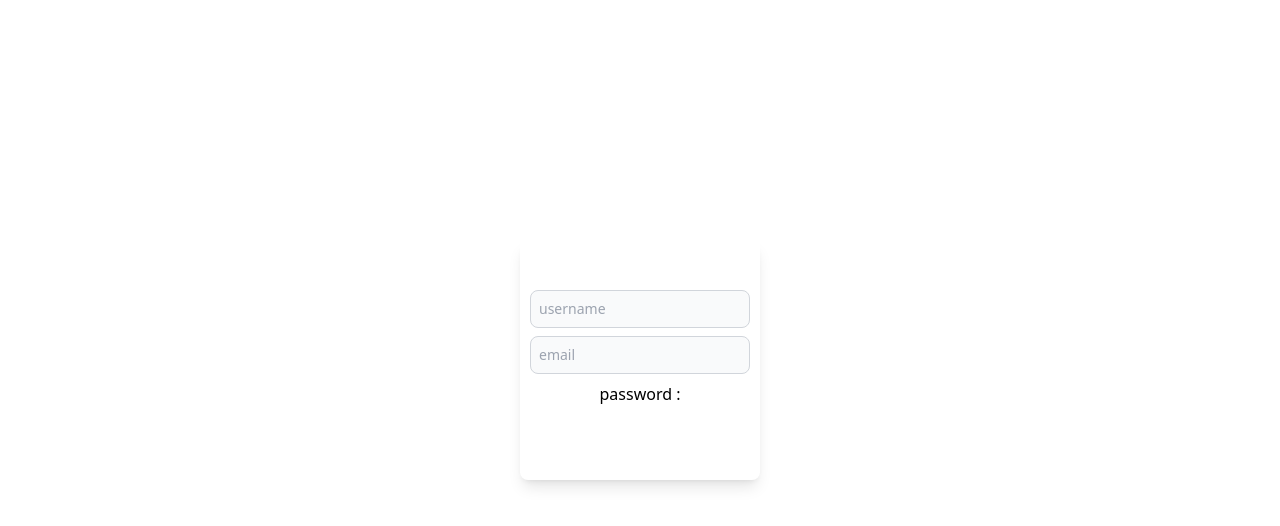
Repository: Emy-gold/alx-fe-reactjs
Page: / (app in form-handling-react/)
An editor plug-in stored every save of this project. The page is shown before and after the next save, followed by the edit.
The browser window is 1280 px wide. The pictures show the whole page.
The project was rebuilt for these pictures with package versions that can differ from the ones it lists, and the page was loaded fresh each time. Also part of the build but not shown: form-handling-react/vite.config.js.

Above is the page before, as saved 2025-08-22 21:53:44.

After the next save:
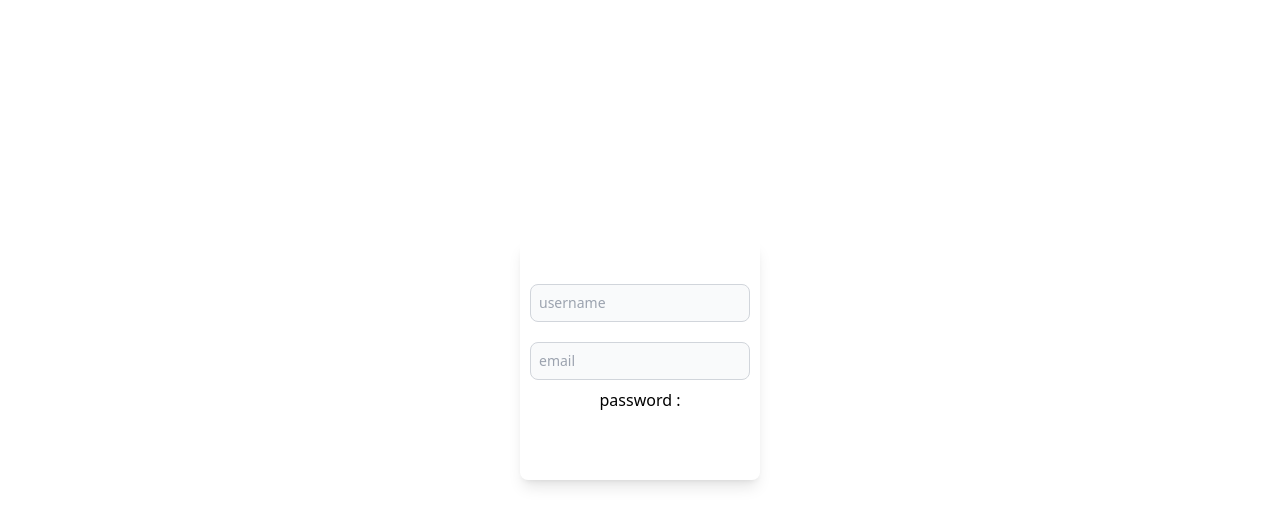
Saved 7 s later.
--- a/form-handling-react/src/components/RegistrationForm.jsx
+++ b/form-handling-react/src/components/RegistrationForm.jsx
@@ -24,7 +24,7 @@ function RegistrationForm() {
                     value={formData.name}
                     onChange={handleChange}
                     placeholder='username'
-                    className='bg-gray-50 border border-gray-300 text-gray-900 text-sm p-2 rounded-lg mb-2'
+                    className='bg-gray-50 border border-gray-300 text-gray-900 text-sm p-2 rounded-lg mb-5'
                 />
                 <input
                     type="email"
